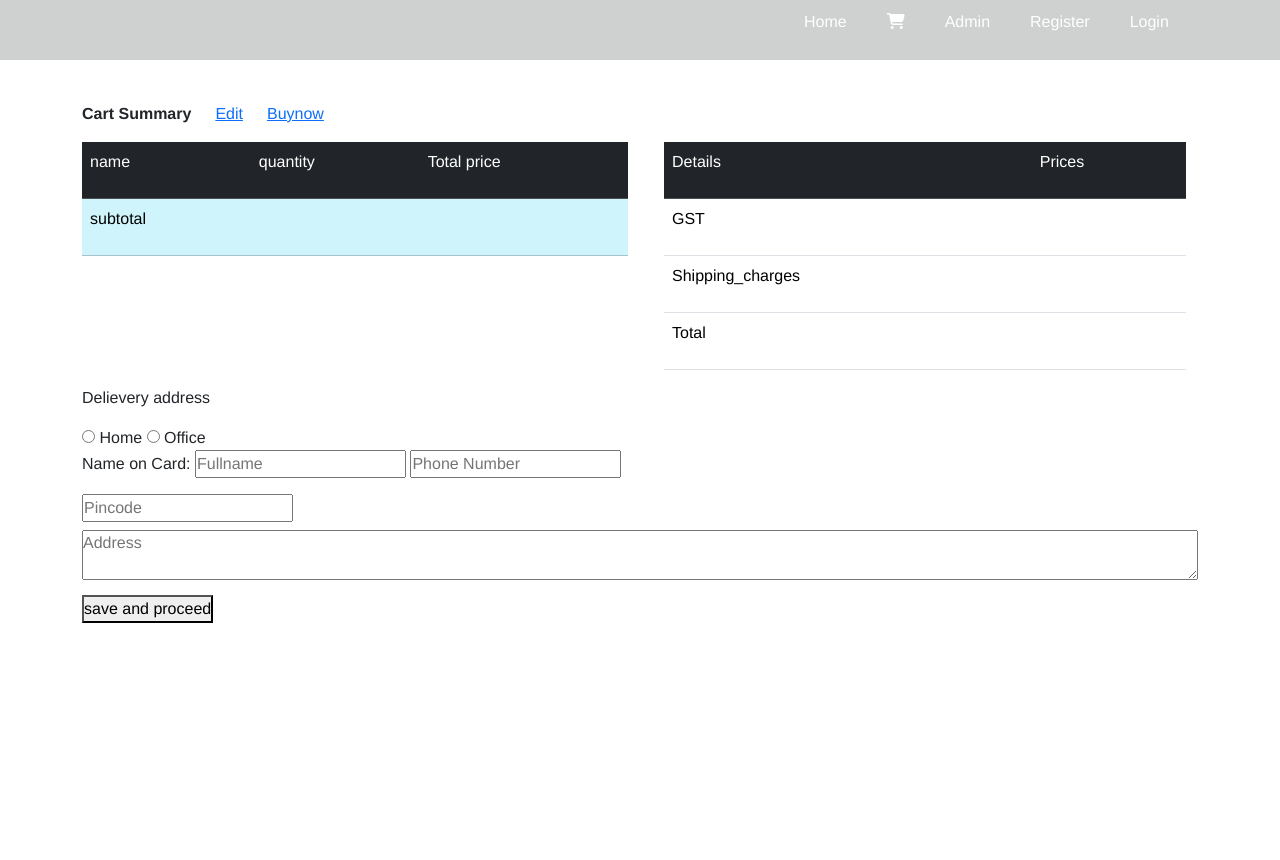
Repository: nagarjunau-dev/Brand
Page: project/login/templates/checkout.html
The author's editor kept a copy of each file at every save. The page is drawn from the files as they stood at one save, then again after the next save.
The browser window is 1280 px wide. The pictures show the whole page.
The template is drawn by Django 5.2. The application's start-up code is not run. Other server files are loaded and not shown. The template is opened directly, without the code that normally fills it, so the values that code supplies are empty.

Above is the page before, as saved 2025-06-17 17:23:01.
Console error: TypeError: Cannot set properties of null (setting 'onclick')

### project/login/templates/checkout.html
{% extends "main.html" %}
{% load static %}
{% block content %}
<div class="container" style="height:100vh;margin:70px 0;">
    <div class="row mt-4">
        <div class="col mt-2">
            <div class="d-flex ">
            <p><b>Cart Summary</b></p>
            <a class='px-4'href="{% url "cart" %}">Edit</a>
            <a href="{% url "buynow" %}">Buynow</a>
            </div>
            <table class="table">
                <tr class="table-dark">
                    <td><p>name</p></td>
                    <td><p>quantity</p></td>
                    <td><p>Total price</p></td>
                </tr>
            {% for product in cart_products  %}
                <tr>
                    <td><p>{{product.name}}</p></td>
                    <td><p>{{product.quantity}}</p></td>
                    <td><p>{{product.total_price}}</p></td>
                </tr>
            {% endfor %}
            <tfoot class="table-info">
                <td><p>subtotal</p></td>
                <td><p>{{total_quantity}}</p></td>
                <td><p>{{product_total}}</p></td>
            </tfoot>
            </table>
        </div>
        <div class="col">
            <div class="container-fluid mt-5">
                <table class="table table-responsive ">
                    <tr class="table-dark">
                        <td><p>Details</p></td>
                        <td><p>Prices</p></td>
                    </tr>
                    {% for i in cart_products  %}
                        <tr>
                            <td><p>{{i.gst}}</p></td>
                            <td><p>{{i.total}}</p></td>
                        </tr>
                    {% endfor %}
                        <tr>
                            <td><p>GST</p></td>
                            <td><p>{{gst_amt|floatformat:2}}</p></td>
                        </tr>
                        <tr>
                            <td><p>Shipping_charges</p></td>
                            <td><p>{{shipping_charges}}</p></td>
                        </tr>
                        <tr>
                            <td><p>Total</p></td>
                            <td><p>{{total_price|floatformat:2}}</p></td>
                        </tr>
                </table>
            </div>
        </div>
    </div>
    <div class="col">
            <p>Delievery address</p>
            <form method="POST" class='form'>
                <label>
                    <input type="radio" name="home" value="home" onclick="showFields('home')"> Home
                </label>
                <label>
                    <input type="radio" name="office" value="office" onclick="showFields('office')"> Office
                </label>
                <div class="mb-2" style="width:100%">
                    <label for="cardName">Name on Card:</label>
                    <input  id="homefield" class="mb-2" type="text" placeholder="Fullname" name="fullname">
                    <input id="homefield" type="tel" pattern="[6-9] {1} [0-9] {9}"placeholder="Phone Number" name="number">
                </div>
                <div class="mb-2">
                    <input id="homefield" type="pin" placeholder="Pincode" name="pincode">
                </div>
                <div class="mb-2" style="width:100%">
                    <textarea id="homefield" style="width:100%" name="address" placeholder="Address"></textarea>
                </div>
                <div>
                    <button type="submit">save and proceed</button>
                </div>
            </form>
    </div>
</div>
{% endblock content %}

### project/templates/main.html
{% load static %}

<!DOCTYPE html>
<html lang="en">
<head>
    <meta charset="UTF-8">
    <meta name="viewport" content="width=device-width, initial-scale=1.0">
    <title>Login</title>
    {% comment %} <link rel="stylesheet" href="{% static "css/style.css" %}">
    <link rel="stylesheet" href="{% static "css/reg.css" %}">  {% endcomment %}
    <link rel="stylesheet" href="{% static "css/nav.css" %}">
    <link rel="stylesheet" href="https://cdnjs.cloudflare.com/ajax/libs/font-awesome/6.7.2/css/all.min.css" integrity="sha512-Evv84Mr4kqVGRNSgIGL/F/aIDqQb7xQ2vcrdIwxfjThSH8CSR7PBEakCr51Ck+w+/U6swU2Im1vVX0SVk9ABhg==" crossorigin="anonymous" referrerpolicy="no-referrer" />
    <link href="https://cdn.jsdelivr.net/npm/bootstrap@5.3.6/dist/css/bootstrap.min.css" rel="stylesheet" integrity="sha384-4Q6Gf2aSP4eDXB8Miphtr37CMZZQ5oXLH2yaXMJ2w8e2ZtHTl7GptT4jmndRuHDT" crossorigin="anonymous">
    {% block extra_css %}{% endblock extra_css %}
    {% block title %}
    <title>Shopping mart 24/7 -home</title>
    {% endblock title %}
</head>
<body>
    {% include "navbar.html" %}
    {% block content %}

    {% endblock content %}
    <script src="https://cdn.jsdelivr.net/npm/bootstrap@5.3.6/dist/js/bootstrap.min.js"></script>
    <script src="{% static "js/script.js" %}"></script>

</body>
</html>

### project/templates/navbar.html
{% load static %}

<nav>
    <div class="container">
        <ul class="nav-links">
            <li><a href="{% url "home" %}">Home</a></li>
            <li><a href="{% url "cart" %}"><i class="fa-solid fa-cart-shopping"></i><sup>{{count}}</sup></a></li>
            <li><a href="{% url "admin" %}">Admin</a></li>
            {% if request.user.is_authenticated %}
                <li><a id="logout" href="{% url "logout" %}">logout</a></li>
                <li><a id="logout" href="{% url "profile" %}"><i class="fa-solid fa-user" style='class:black'></i></a></li>

            {% else %}
            <li><a  href="{% url "register" %}">Register</a></li>
            <li><a href="{% url "login" %}">Login</a></li>
            {% endif %}
        </ul>
    </div>
</nav>

### project/static/css/nav.css
*{
    margin: 0;
    padding: 0;
    box-sizing: border-box;
    font-family:'Franklin Gothic Medium', 'Arial Narrow', Arial, sans-serif;
}

body{
    display: flex;
    justify-content: center;
    align-items: center;
    min-height: 100vh;
    background:whitesmoke;
}
nav {
    display: flex;
    background-color: rgba(160,164,164,0.5);
    align-items: center;
    padding: 10px 20px 10px 0px;
    position: fixed;
    top: 0px;
    width: 100%;
}
.container {
    width: 10rem;
    margin-left: 30px;
}
.nav-links{
    display: flex;
    list-style-type: none;
    margin-left: 700px;
    gap: 40px;
}
.nav-links a{
    text-decoration: none;
    color: white;
}

### project/static/js/script.js
let logoutbtn = document.getElementById('logout')
logoutbtn.onclick = (e)=>{
    let bool = confirm('Are u sure?')
    if(!bool){
        e.preventDefault()
    }
}

let cartdelbtn = document.getElementsByClassName('dele-btn')
for (let i of cartdelbtn) {
    i.onclick = (e) =>{
        let bool = confirm('delete a product ?')
        if(!bool){
            e.preventDefault()
        }
    }

}

function showFields() {
    const selected = document.getElementById('paymentMethod').value;

    // Hide all sections first
    document.getElementById('creditFields').style.display = 'none';
    document.getElementById('paypalFields').style.display = 'none';
    document.getElementById('upiFields').style.display = 'none';

    // Show selected one
    if (selected === 'credit') {
        document.getElementById('creditFields').style.display = 'block';
    } else if (selected === 'paypal') {
        document.getElementById('paypalFields').style.display = 'block';
    } else if (selected === 'upi') {
        document.getElementById('upiFields').style.display = 'block';
    }
}

function showFields(method) {
    // Hide all fields first
    document.getElementById('homefield').style.display = 'none';
    document.getElementById('officefield').style.display = 'none';

    // Show selected method's fields
    if (method === 'home') {
        document.getElementById('homefield').style.display = 'block';
    } else if (method === 'office') {
        document.getElementById('officefield').style.display = 'block';
    }
}

After the next save:
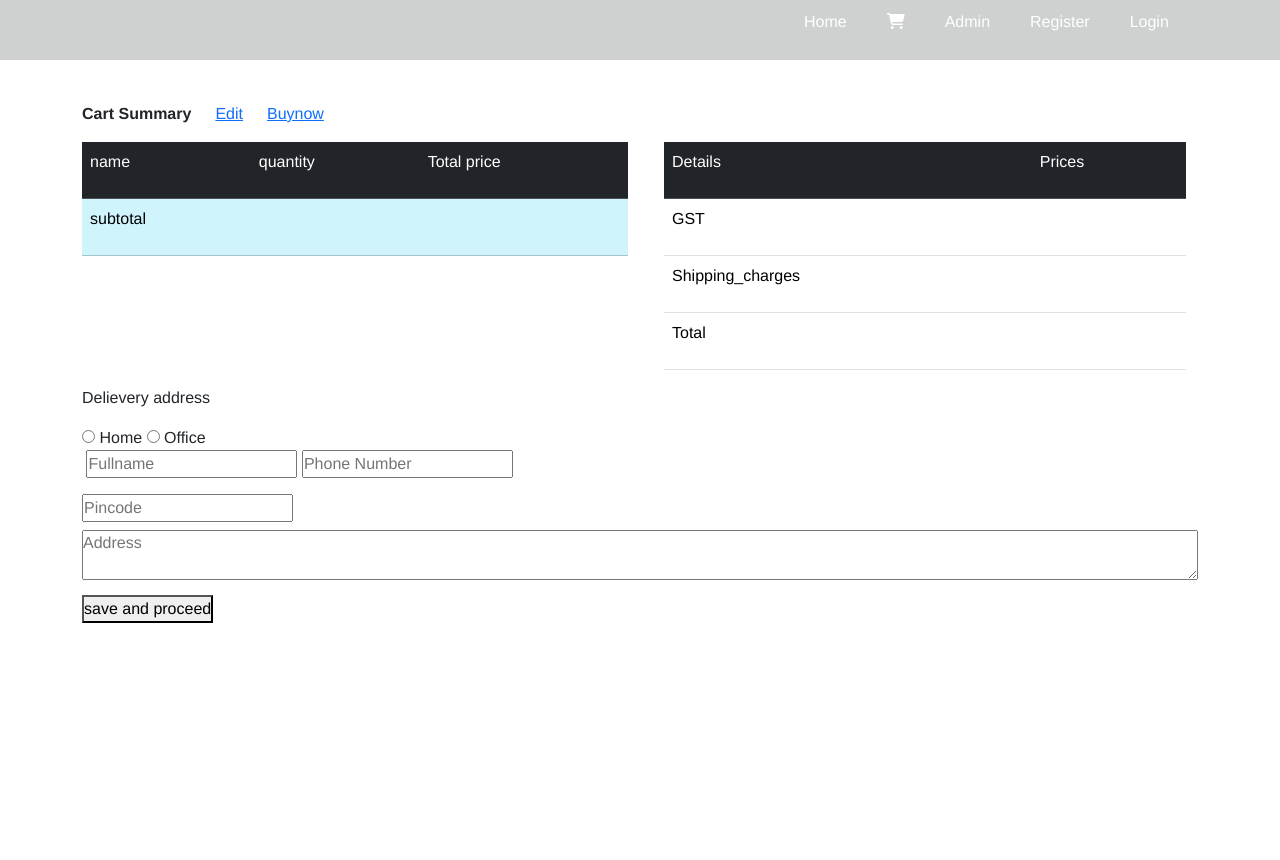
Saved 6 s later.
--- a/project/login/templates/checkout.html
+++ b/project/login/templates/checkout.html
@@ -68,7 +68,7 @@
                     <input type="radio" name="office" value="office" onclick="showFields('office')"> Office
                 </label>
                 <div class="mb-2" style="width:100%">
-                    <label for="cardName">Name on Card:</label>
+                    <label for="cardName"></label>
                     <input  id="homefield" class="mb-2" type="text" placeholder="Fullname" name="fullname">
                     <input id="homefield" type="tel" pattern="[6-9] {1} [0-9] {9}"placeholder="Phone Number" name="number">
                 </div>
